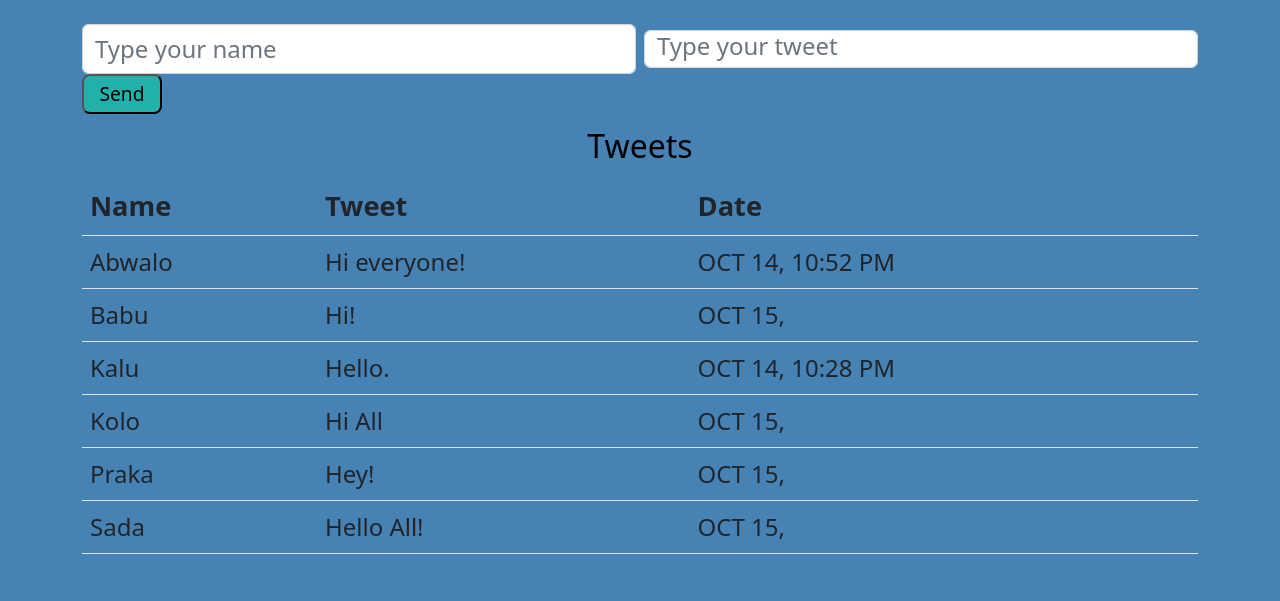
Repository: ShindanoSingi/poor-man-tweeter
Page: http://localhost/
An editor plug-in stored every save of this project. The page is shown before and after the next save, followed by the edit.
The browser window is 1280 px wide. The pictures show the whole page.
Some web libraries are served in a nearby version. The page is served by the project's application, run on Django 4.2 (poormantweeter/manage.py). Other server files are loaded and not shown. The page reads the database file committed with the project.

Above is the page before, as saved 2022-10-14 19:27:54.

### poormantweeter/poormantweeterapp/templates/poormantweeterapp/index.html
<!DOCTYPE html>
<html lang="en">
<head>
  <meta charset="UTF-8">
  <meta name="viewport" content="width=device-width, initial-scale=1.0">
  <title>Poor Man's Tweeter</title>


  {% comment %} <script src="https://cdn.tailwindcss.com"></script> {% endcomment %}
  <link href="https://cdn.jsdelivr.net/npm/bootstrap@5.2.2/dist/css/bootstrap.min.css" rel="stylesheet" integrity="sha384-Zenh87qX5JnK2Jl0vWa8Ck2rdkQ2Bzep5IDxbcnCeuOxjzrPF/et3URy9Bv1WTRi" crossorigin="anonymous">
  <link type="text/css"  href="/css/style.css">
  <script src="https://cdn.jsdelivr.net/npm/bootstrap@5.2.2/dist/js/bootstrap.bundle.min.js" integrity="sha384-OERcA2EqjJCMA+/3y+gxIOqMEjwtxJY7qPCqsdltbNJuaOe923+mo//f6V8Qbsw3" crossorigin="anonymous"></script>

  <script src="https://cdn.jsdelivr.net/npm/vue@2.7.10"></script>
  <script src="https://cdnjs.cloudflare.com/ajax/libs/axios/1.1.2/axios.min.js" integrity="sha512-bHeT+z+n8rh9CKrSrbyfbINxu7gsBmSHlDCb3gUF1BjmjDzKhoKspyB71k0CIRBSjE5IVQiMMVBgCWjF60qsvA==" crossorigin="anonymous" referrerpolicy="no-referrer"></script>

</head>
<body class="bg-[gainsboro]">
  <div id="app" class="container mt-4">
    <div class="input-textArea-bubmitButton">
      <div class="mb-0 input-textArea">
        <input v-model="author_text" type="text" id="author_text" class="form-control" placeholder="Type your name" >
        <input v-model="body_text" type="text" id="body_text" class="form-control" placeholder="Type your tweet">
    </div>
    <button type="button" class="submit-button" v-on:click="saveTweet">Send</button>
    </div>

    <table class="table max-w-10xl caption-top">
      <caption class="title">Tweets</caption>
      <thead class="mx-auto">
        <tr>
          <th scope="col">Name</th>
          <th scope="col">Tweet</th>
          <th scope="col">Date</th>
        </tr>
      </thead>
      <tbody>
        <tr v-for="tweet of tweets">
          <td >[[ tweet.author ]]</td>
          <td class="tdbody">[[ tweet.body ]]</td>
          <td>[[ tweet.date ]]</td>
        </tr>
      </tbody>
    </table>
  </div>


    <script>
      let app = new Vue({
        el: '#app',
        delimiters: ['[[', ']]'],
        data: {
          tweets: [],
          author_text: '',
          body_text: '',

        },
        methods: {
        saveTweet: function() {
          axios({
            url: "{% url 'poormantweeterapp:save_tweet' %}",
            method: 'post',
            data: {
              author_text: this.author_text,
              body_text: this.body_text,
            },
            headers:{
              'X-CSRFToken':'{{ csrf_token }}'
            }
          }).then(response => {
            console.log('response.data');
          })

          // Reload the page
          location.reload();
        }
        },
        created: function(){
          axios({
            url: "{% url 'poormantweeterapp:tweets' %}",
            method: 'get',
          }).then(response => {

            // Tweet array object
            this.tweets = [];

            // Assign the response from API to data.
            let data = response.data.tweet_items;

            // Loop through data array of objects and extract author name, tweet and date.
            for (let i = 0; i < data.length; i++) {
              let newDate = new Date(data[i].date)
              let stringDate = newDate.toString().split(' ')[1] + ' ' + newDate.toString().split(' ')[2];
              let hour = newDate.toString().split(' ')[4].substring(0,2)

              //let formattedAuthorName = ''
              //formattedAuthorName = data[i].author.charAt(0).toUpperCase() + data[i].author.substring(1)

              // Format time to show  from 1 to 12 AM or PM
              let time = '';
              if(hour === '12'){
                time += '12' + ':' + newDate.toString().split(' ')[4].substring(3,5) + ' PM'
              }
              if(hour === '13'){
                time += '1' + ':' + newDate.toString().split(' ')[4].substring(3,5) + ' PM'
              }
              if(hour === '14'){
                time += '2' + ':' + newDate.toString().split(' ')[4].substring(3,5) + ' PM'
              }
              if(hour === '15'){
                time += '3' + ':' + newDate.toString().split(' ')[4].substring(3,5) + ' PM'
              }
              if(hour === '16'){
                time += '4' + ':' + newDate.toString().split(' ')[4].substring(3,5) + ' PM'
              }
              if(hour === '17'){
                time += '5' + ':' + newDate.toString().split(' ')[4].substring(3,5) + ' PM'
              }
              if(hour === '18'){
                time += '6' + ':' + newDate.toString().split(' ')[4].substring(3,5) + ' PM'
              }
              if(hour === '19'){
                time += '7' + ':' + newDate.toString().split(' ')[4].substring(3,5) + ' PM'
              }
              if(hour === '20'){
                time += '8' + ':' + newDate.toString().split(' ')[4].substring(3,5) + ' PM'
              }
              if(hour === '21'){
                time += '9' + ':' + newDate.toString().split(' ')[4].substring(3,5) + ' PM'
              }
              if(hour === '22'){
                time += '10' + ':' + newDate.toString().split(' ')[4].substring(3,5) + ' PM'
              }
              if(hour === '23'){
                time += '11' + ':' + newDate.toString().split(' ')[4].substring(3,5) + ' PM'
              }
              if(hour === '24'){
                time += '12' + ':' + newDate.toString().split(' ')[4].substring(3,5) + ' AM'
              }
              if(hour === '01'){
                time += '1' + ':' + newDate.toString().split(' ')[4].substring(3,5) + ' AM'
              }
              if(hour === '02'){
                time += '2' + ':' + newDate.toString().split(' ')[4].substring(3,5) + ' AM'
              }
              if(hour === '03'){
                time += '3' + ':' + newDate.toString().split(' ')[4].substring(3,5) + ' AM'
              }
              if(hour === '04'){
                time += '4' + ':' + newDate.toString().split(' ')[4].substring(3,5) + ' AM'
              }
              if(hour === '05'){
                time += '5' + ':' + newDate.toString().split(' ')[4].substring(3,5) + ' AM'
              }
              if(hour === '06'){
                time += '6' + ':' + newDate.toString().split(' ')[4].substring(3,5) + ' AM'
              }
              if(hour === '07'){
                time += '7' + ':' + newDate.toString().split(' ')[4].substring(3,5) + ' AM'
              }
              if(hour === '08'){
                time += '8' + ':' + newDate.toString().split(' ')[4].substring(3,5) + ' AM'
              }
              if(hour === '09'){
                time += '9' + ':' + newDate.toString().split(' ')[4].substring(3,5) + ' AM'
              }
              if(hour === '10'){
                time += '10' + ':' + newDate.toString().split(' ')[4].substring(3,5) + ' AM'
              }
              if(hour === '11'){
                time += '11' + ':' + newDate.toString().split(' ')[4].substring(3,5) + ' AM'
              }

              // Format date
              let formattedDate = stringDate.toUpperCase() + ', ' + time;

              // Push data of interest in an array of objects
              this.tweets.push({
                author: data[i].author,
                body: data[i].body,
                date: formattedDate,
            })
          }
        });
        }
      });
    </script>


    {% comment %} Stylesheet {% endcomment %}
    <style>

      body {
        background-color: steelblue;
      }

      .container {
        margin: 0 auto;
      }

      @media (min-width: 320px) {

        .title{
          font-size: 1.2rem;
          text-align: center;
          color: black;
        }

      .container {
        margin: 0 auto;
      }

      th{
        font-size: 1rem;
      }

      td{
        font-size: 0.8rem;
      }

      .tdbody{
        max-width: 6rem;
        overflow-wrap: break-word;
      }

      .submit-button{
        width: 4.5rem;
        height: 2rem;
        border-radius: 0.5rem;
        background-color: lightseagreen;
        font-size: 1rem;
      }

      .input-textArea{
        display: flex;
        align-items: center;
        gap:  0.5rem;
      }
    }

    @media (min-width: 375px) {

      .title{
        font-size: 1.5rem;
        text-align: center;
        color: black;
      }

    .container {
      margin: 0 auto;
    }

    th{
      font-size: 1.2rem;
    }

    td{
      font-size: 1rem;
    }
  }

  @media (min-width: 768px) {

    .title{
      font-size: 2rem;
      text-align: center;
      color: black;
    }

    input::placeholder{
      font-size: 1.5rem;
    }

    .container {
      margin: 0 auto;
    }

  th{
    font-size: 1.6rem;
  }

  td{
    font-size: 1.5rem;
  }

  .tdbody{
    max-width: 20rem;
    overflow-wrap: break-word;
  }

  .submit-button{
    width: 6rem;
    height: 3rem;
    border-radius: 0.5rem;
    background-color: lightseagreen;
    font-size: 1.5rem;
  }

  input{
    font-size: 1.2rem;
  }

  #body_text::placeholder{
    font-size: 1.5rem;
    background-color
    display: flex;
    align-items: center;
    gap:  0.5rem;
  }
}

@media (min-width: 1024px) {

  .title{
    font-size: 2rem;
    text-align: center;
    color: black;
  }

  .container {
    margin: 0 auto;
  }

th{
  font-size: 1.7rem;
}

td{
  font-size: 1.5rem;
}

.tdbody{
  max-width: 40rem;
  overflow-wrap: break-word;
}

.submit-button{
  width: 5rem;
  height: 2.5rem;
  border-radius: 0.5rem;
  background-color: lightseagreen;
  font-size: 1.2rem;
}

#author_text{
  font-size: 1.5rem;
}

#body_text::placeholder{
  font-size: 1.5rem;
  background-color
  display: flex;
  align-items: center;
  gap:  0.5rem;
}
}
    </style>

</body>
</html>

### poormantweeter/poormantweeterapp/views.py
from django.utils import timezone
import json
from django.shortcuts import render
from django.http import HttpResponse, JsonResponse
from .models import Tweet


# Create your views here.
def index(request):
     return render(request, 'poormantweeterapp/index.html')

# get all tweets ==> this is basically a GET request.
def tweets(request):

     # Order data by author name and date.
     tweet_items = Tweet.objects.order_by("author", "date")

     # Create a dictionary to hold all the tweets.
     data = {
          'tweet_items':[]
     }

     # Loop through all the tweets and add them to the dictionary.
     for tweet_item in tweet_items:
          data['tweet_items'].append({
               'author': tweet_item.author,
               'body': tweet_item.body,
               'date': tweet_item.date,
          })

     return JsonResponse(data)

def save_tweet(request):

     data = json.loads(request.body)

     author_text = data['author_text']
     body_text = data['body_text']

     # Ensure both author input text and body text have data before saving to the database.
     if ((len(author_text) > 0) and (len(body_text) > 0)):

          # Capture the new tweet object to the database
          tweet_item = Tweet(author=author_text, body=body_text, date=timezone.now())

          # Save input information to the database.
          tweet_item.save()

     else:
          print ('Ok')

### poormantweeter/poormantweeter/urls.py

from django.contrib import admin
from django.urls import path, include

urlpatterns = [
    path('admin/', admin.site.urls),
    path('', include('poormantweeterapp.urls'))
]

### poormantweeter/poormantweeterapp/urls.py

# import views and path
from django.urls import path
from . import views

app_name = 'poormantweeterapp'

urlpatterns = [
     path('', views.index, name='index'),
     path('tweets/', views.tweets, name='tweets'),
     path('savetweet/', views.save_tweet, name='save_tweet'),
]

### poormantweeter/poormantweeterapp/models.py
from django.db import models

# Create Tweet models.
class Tweet(models.Model):
     author = models.CharField(max_length=200)
     body = models.TextField(max_length=50)
     date = models.DateTimeField(auto_now_add=True)

     def __str__(self):
          return self.author

### poormantweeter/db.sqlite3 (the tables this page reads, as SQL)
CREATE TABLE "poormantweeterapp_tweet" ("id" integer NOT NULL PRIMARY KEY AUTOINCREMENT, "author" varchar(200) NOT NULL, "body" text NOT NULL, "date" datetime NOT NULL);
INSERT INTO "poormantweeterapp_tweet" VALUES
(72, 'Kalu', 'Hello.', '2022-10-14 22:28:59.595354'),
(79, 'Abwalo', 'Hi everyone!', '2022-10-14 22:52:50.175939'),
(81, 'Kolo', 'Hi All', '2022-10-15 00:25:55.742057'),
(82, 'Sada', 'Hello All!', '2022-10-15 00:30:41.557252'),
(83, 'Praka', 'Hey!', '2022-10-15 00:30:52.340784'),
(84, 'Babu', 'Hi!', '2022-10-15 00:31:02.427139');

After the next save:
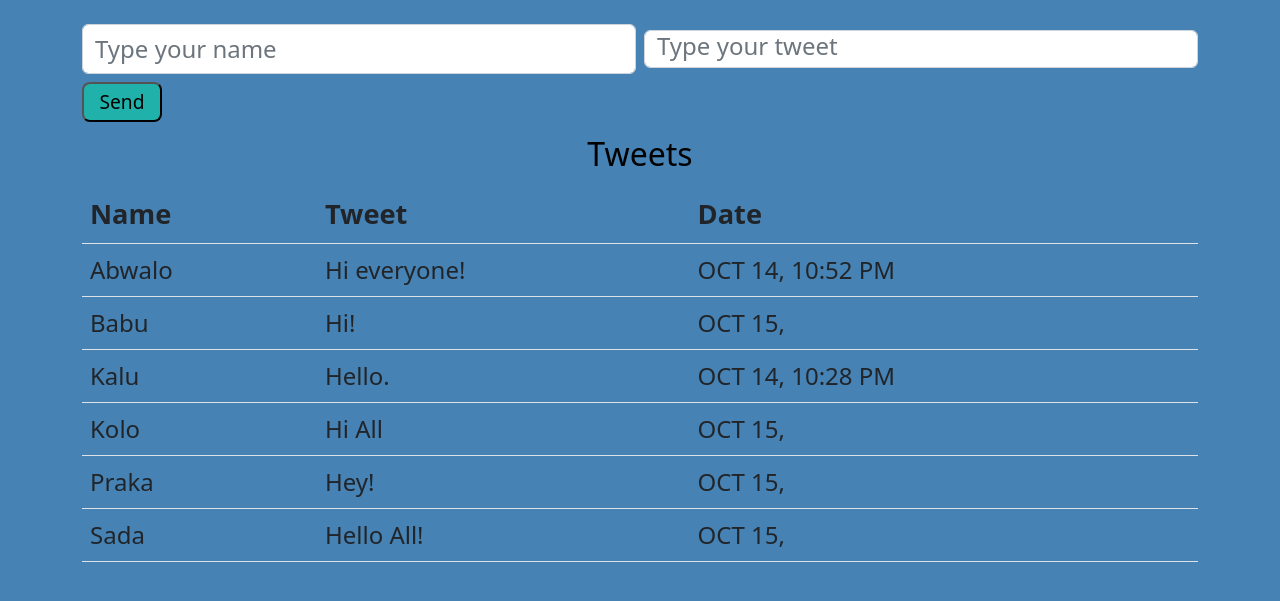
Saved 72 s later.
--- a/poormantweeter/poormantweeterapp/templates/poormantweeterapp/index.html
+++ b/poormantweeter/poormantweeterapp/templates/poormantweeterapp/index.html
@@ -18,7 +18,7 @@
 <body class="bg-[gainsboro]">
   <div id="app" class="container mt-4">
     <div class="input-textArea-bubmitButton">
-      <div class="mb-0 input-textArea">
+      <div class="mb-2 input-textArea">
         <input v-model="author_text" type="text" id="author_text" class="form-control" placeholder="Type your name" >
         <input v-model="body_text" type="text" id="body_text" class="form-control" placeholder="Type your tweet">
     </div>
